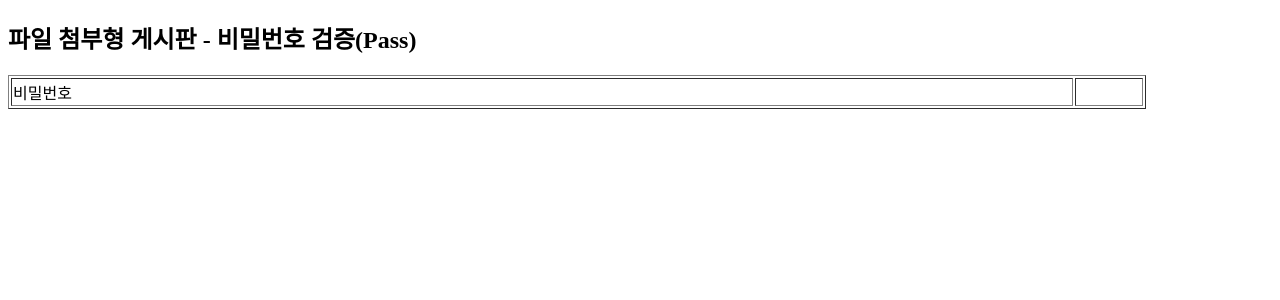
Repository: Suminmer/JSP-practice
Page: http://localhost/MustHaveJSP/mvcboard/pass.do
These files come from the project's save history. The page is drawn as it stood at one moment and after the next save; the edit follows.
The browser window is 1280 px wide. The pictures show the whole page.
The page is served by Tomcat 9.

Above is the page before, as saved 2022-04-29 09:09:45.

After the next save:
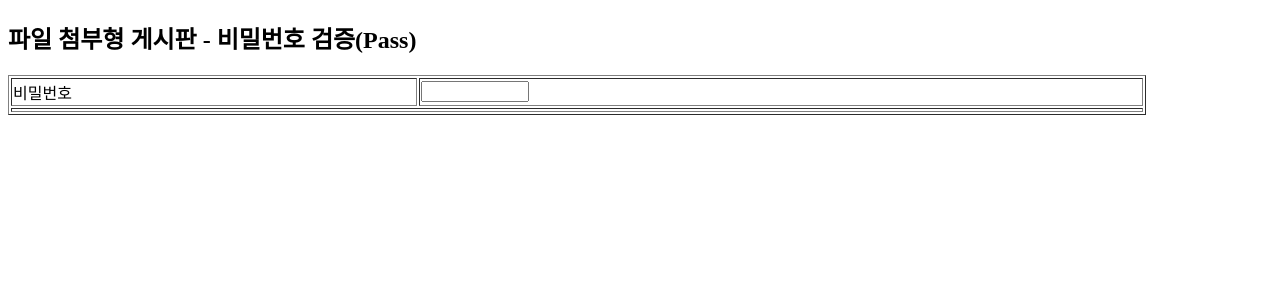
Saved 47 s later.
--- a/MustHaveJSP/src/main/webapp/14MVCBoard/Pass.jsp
+++ b/MustHaveJSP/src/main/webapp/14MVCBoard/Pass.jsp
@@ -25,6 +25,11 @@
 	<tr>
 		<td>비밀번호</td>
 		<td>
+			<input type="password" name="pass" style="width: 100px;"/>
+		</td>
+	</tr>
+	<tr>
+		<td colspan="2" align="center">
 
 		</td>
 	</tr>
